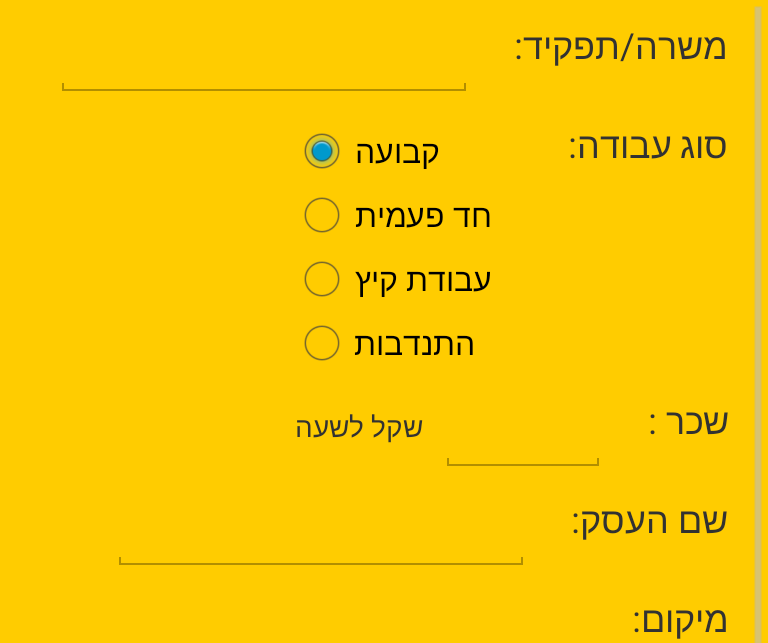
Repository: rodi055/jobli
Layout: Jobli/res/layout/fragment_create_job.xml
An editor plug-in stored every save of this project. The layout is shown before and after the next save, followed by the edit.
The pictures show rows 0 to 643 of an output 1280 px tall.
Pictures or frames that could not be fetched are drawn as grey boxes. It is drawn on a 768 x 1280 px phone screen (xhdpi) without system bars, with theme AppTheme; the app's code is not run. The app's manifest (not shown) leaves right-to-left support off. So textAlignment, textDirection and layoutDirection are ignored, and left and right values win over start and end ones.

Above is the layout before, as saved 2015-01-03 14:41:18.

After the next save:
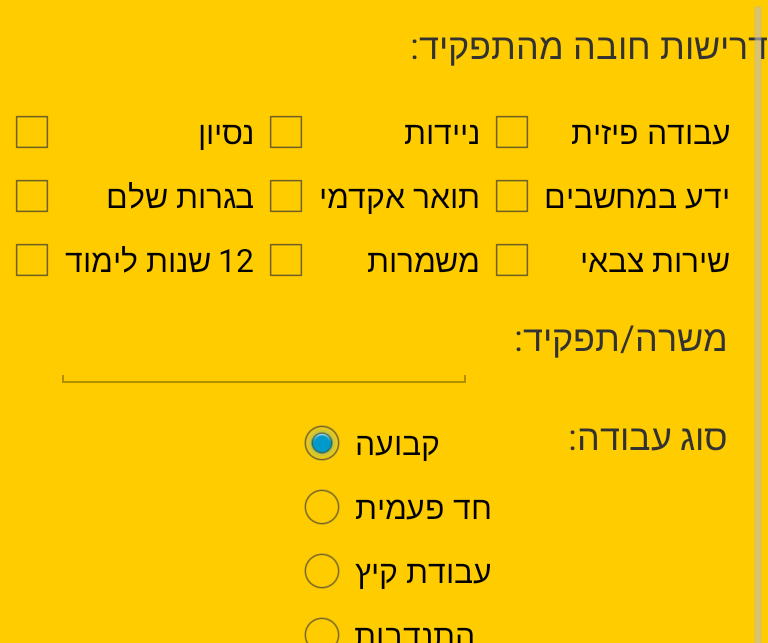
Saved 110 s later.
--- a/Jobli/res/layout/fragment_create_job.xml
+++ b/Jobli/res/layout/fragment_create_job.xml
@@ -18,6 +18,110 @@
 
             <RelativeLayout
                 android:layout_width="wrap_content"
+                android:layout_height="0dp"
+                android:layout_marginTop="10dp"
+                android:layout_weight="0.56" >
+
+                <TextView
+                    android:id="@+id/textView10"
+                    android:layout_width="wrap_content"
+                    android:layout_height="wrap_content"
+                    android:layout_alignParentEnd="true"
+                    android:layout_alignParentRight="true"
+                    android:layout_alignParentTop="true"
+                    android:layout_marginBottom="15dp"
+                    android:text="דרישות חובה מהתפקיד:"
+                    android:textSize="18sp" />
+
+                <TableLayout
+                    android:id="@+id/table1"
+                    android:layout_width="wrap_content"
+                    android:layout_height="wrap_content"
+                    android:layout_below="@+id/textView10"
+                    android:layout_centerVertical="true" >
+
+                    <TableRow
+                        android:id="@+id/tableRow11"
+                        android:layout_width="wrap_content"
+                        android:layout_height="wrap_content" >
+
+                        <CheckBox
+                            android:id="@+id/checkBox12"
+                            android:layout_width="wrap_content"
+                            android:layout_height="wrap_content"
+                            android:text="נסיון" />
+
+                        <CheckBox
+                            android:id="@+id/checkBox4"
+                            android:layout_width="wrap_content"
+                            android:layout_height="wrap_content"
+                            android:text="ניידות" />
+
+                        <CheckBox
+                            android:id="@+id/checkBox42"
+                            android:layout_width="wrap_content"
+                            android:layout_height="wrap_content"
+                            android:text="עבודה פיזית" />
+                    </TableRow>
+
+                    <TableRow
+                        android:id="@+id/tableRow12"
+                        android:layout_width="wrap_content"
+                        android:layout_height="wrap_content" >
+
+                        <CheckBox
+                            android:id="@+id/checkBox13"
+                            android:layout_width="wrap_content"
+                            android:layout_height="wrap_content"
+                            android:text="בגרות שלם" />
+
+                        <CheckBox
+                            android:id="@+id/checkBox2"
+                            android:layout_width="wrap_content"
+                            android:layout_height="wrap_content"
+                            android:text="תואר אקדמי" />
+
+                        <CheckBox
+                            android:id="@+id/checkBox24"
+                            android:layout_width="wrap_content"
+                            android:layout_height="wrap_content"
+                            android:text="ידע במחשבים" />
+                    </TableRow>
+
+                    <TableRow
+                        android:id="@+id/tableRow13"
+                        android:layout_width="wrap_content"
+                        android:layout_height="wrap_content" >
+
+                        <CheckBox
+                            android:id="@+id/checkBox14"
+                            android:layout_width="wrap_content"
+                            android:layout_height="wrap_content"
+                            android:text="12 שנות לימוד" />
+
+                        <CheckBox
+                            android:id="@+id/checkBox22"
+                            android:layout_width="wrap_content"
+                            android:layout_height="wrap_content"
+                            android:text="משמרות" />
+
+                        <CheckBox
+                            android:id="@+id/checkBox23"
+                            android:layout_width="wrap_content"
+                            android:layout_height="wrap_content"
+                            android:text="שירות צבאי" />
+                    </TableRow>
+
+                    <TableRow
+                        android:id="@+id/tableRow14"
+                        android:layout_width="wrap_content"
+                        android:layout_height="wrap_content" >
+                    </TableRow>
+                </TableLayout>
+            </RelativeLayout>
+
+            <RelativeLayout
+                android:layout_width="wrap_content"
                 android:layout_height="wrap_content"
                 android:layout_marginTop="10dp" >
 
@@ -300,8 +404,6 @@
                     android:text="אל תציג מספר טלפון"
                     android:textSize="12sp" />
             </RelativeLayout>
-
-
 
             <RelativeLayout
                 android:layout_width="wrap_content"
